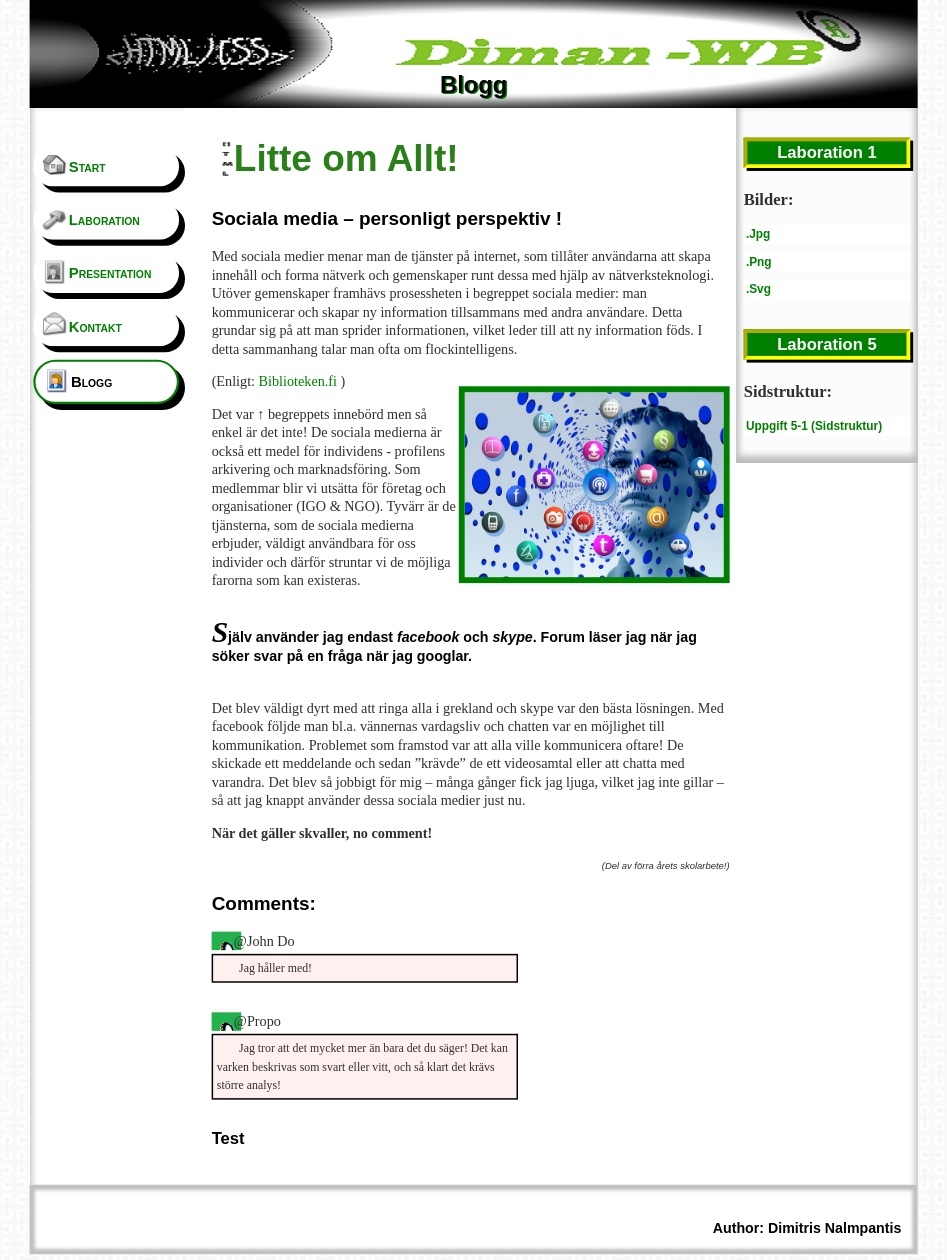
Repository: dn222em/1ik415-laborationer
Page: pages/blogg.html
The author's editor kept a record of every edit. The page is drawn from the files as they stood at one moment, then again after the next edit.
The browser window is 1280 px wide. The pictures show the whole page, at 74% of full size.
Backgrounds fixed to the window are drawn as part of the page.

Above is the page before.

### pages/blogg.html
<!doctype html>
<html lang="sv">
	<head >
			<script>
				document.createElement("header");
				document.createElement("hgroup");
				document.createElement("footer");
				document.createElement("article");
				document.createElement("main");
				document.createElement("section");
				document.createElement("nav");
				document.createElement("aside");
				document.createElement("address");
			</script>
		<meta charset="utf-8" />

			<title>KursBlogg</title>

				<link rel="stylesheet" href="../../CSS/stylenew.css"/>
				<link rel="stylesheet"media="only screen and (min-width:481px)"  href="../../CSS/style.css" />
				<link rel="stylesheet" media="only screen and (max-width:480px)" href="../../CSS/spnew.css" />
				<link rel="apple-touch-icon" sizes="144x144" href="../CSS/pics/apple-touch-icon-144x144.png" />
				<link rel="shortcut icon" href="../CSS/pics/favicon.png" type="image/png" />
					<meta name="viewport" content="width=device-width, initial-scale=1.0" />
	</head>
		<body>
	<div id="container">
		<header>

			<h1 id="title">Blogg</h1>
	</header>
	<nav>

			<ul id="menu_pictures" class="nav">
				<li><a id ="home" href="../index.html" class="active">Start</a></li>
				<li><a id ="labor" href="laborationer.html" class="active">Laboration</a></li>
				<li><a id ="present" href="Presentation.html"class="active">Presentation</a></li>
				<li><a id ="cont" href="Kontakt.html" class="active">Kontakt</a></li>
				<li><a id ="present"href="blogg.html" class="active5">Blogg</a></li>
			</ul>

	</nav>
	<main>
		<article>
			<section>
				<h2 class="minilogo">Litte om Allt!</h2>
		<h3 >Sociala media – personligt perspektiv !</h2>
			<p> Med sociala medier menar man de tjänster på internet, som tillåter användarna
			att skapa innehåll och forma nätverk och gemenskaper runt dessa med hjälp av
			nätverksteknologi. Utöver gemenskaper framhävs prosessheten i begreppet sociala
			medier: man kommunicerar och skapar ny information tillsammans med andra
			användare. Detta grundar sig på att man sprider informationen, vilket leder till
			att ny information föds. I detta sammanhang talar man
			ofta om flockintelligens.</p>

			        <p class="sociall"><!--<img src="CSS/pics/social-networks.jpg"
			        alt="sociala-medier">--></p>


			<p>(Enligt: <a href="http://www.biblioteken.fi/sv-FI/informationssokning/sociala-
			medier/" target="blank">Biblioteken.fi</a></a> )</p>

			<p>Det var ↑ begreppets innebörd men så enkel är det inte! De sociala medierna är
			också ett medel för individens - profilens arkivering och marknadsföring. Som medlemmar
			blir vi utsätta för företag och organisationer (IGO & NGO). Tyvärr är de tjänsterna,
			som de sociala medierna erbjuder, väldigt användbara
			för oss individer och därför struntar vi de möjliga farorna som kan existeras. </p>
			</section>
			<section>
		<h6><strong><code id="special"><em>S</em></code>jälv använder jag endast <em>facebook</em> och  <em>skype</em>.
			Forum läser jag när jag söker svar på en fråga när jag googlar.</strong></h6>

			<p>Det blev väldigt dyrt med att ringa alla i grekland och skype
			var den bästa lösningen. Med facebook följde man bl.a. vännernas vardagsliv
			och chatten var en möjlighet till kommunikation. Problemet som framstod
			var att alla ville kommunicera oftare! De skickade ett meddelande och
			sedan ”krävde” de ett videosamtal eller att chatta med varandra. Det
			blev så jobbigt för mig – många gånger fick jag ljuga, vilket jag inte gillar –
			så att jag knappt använder dessa sociala medier just nu. </p>

			<p><strong>När det gäller skvaller, no comment!</strong></p>

			<p id="ps"><em>(Del av förra årets skolarbete!)</em></p>

			<h3>Comments:</h3>
			<div class ="kommentar">
				<section>
					<p class="namn">@John Do</p>
					<p class="kom">Jag håller med!</p>
				</section>
				<section>
				<p class="namn">@Propo</p>
					<p class="kom">Jag tror att det mycket mer än bara det du säger! Det kan varken beskrivas som svart eller vitt, och så klart det krävs större analys!</p>
				</section>
				</div>
			<!--/section>
			<<div class="kommentar">
				<secton>
		<h4>Kommentar</h4>
			<fieldset>
					<textarea  placeholder="Din Kommentar här"
					name="kommentar" cols="50" rows="8"></textarea>
					</fieldset>
					<input class="zozo" type="submit" name="submit" id="submit" value="Skicka" />
				</section>
				<secton>
						<textarea placeholder="Din Kommentar här"
						name="kommentar" cols="50" rows="8"></textarea>
						<input class="zozo" type="submit" name="submit" id="submit" value="Skicka" />
				</section>
			</div> <!---->
		</article>
		<section>
			<h4>Test</h4>
		</section>
	</main>

	<aside>
		<section id="aside-one">
			<h4>Laboration 1</h4>
				<p>Bilder:</p>
					<ul>
						<li><a href="Presentation.html#bild">.jpg</a></li>
						<li><a href="../index.html#logo">.png</a></li>
						<li><a href="../index.html#svg1">.svg</a></li>
					</ul>
		</section>
		<section id="aside-two">
			<h4>Laboration 5</h4>
				<p>Sidstruktur:</p>
					<ul>
						<li><a href="blogg.html">Uppgift 5-1 (Sidstruktur)</a></li>
					</ul>
		</section>
	</aside>
	<footer>
	<h6>Author: Dimitris Nalmpantis</h6>
	</footer>

	</div>
		</body>
</html>

### CSS/stylenew.css
/*Reset-styleshhet
-----------------------------------------------------------------------------*/
/* http://meyerweb.com/eric/tools/css/reset/
   v2.0 | 20110126
   License: none (public domain)
*/

/*html, body, div, span, applet, object, iframe,
h1, h2, h3, h4, h5, h6, p, blockquote, pre,
a, abbr, acronym, address, big, cite, code,
del, dfn, em, img, ins, kbd, q, s, samp,
small, strike, strong, sub, sup, tt, var,
b, u, i, center,
dl, dt, dd, ol, ul, li,
fieldset, form, label, legend,
table, caption, tbody, tfoot, thead, tr, th, td,
article, aside, canvas, details, embed,
figure, figcaption, footer, header, hgroup,
menu, nav, output, ruby, section, summary,
time, mark, audio, video {
	margin: 0;
	padding: 0;
	border: 0;
	font-size: 100%;
	font: inherit;
	vertical-align: baseline;
}
/* HTML5 display-role reset for older browsers */
/*article, aside, details, figcaption, figure,
footer, header, hgroup, menu, nav, section {
	display: block;
}
body {
	line-height: 1;
}
ol, ul {
	list-style: none;
}
blockquote, q {
	quotes: none;
}
blockquote:before, blockquote:after,
q:before, q:after {
	content: '';
	content: none;
}
table {
	border-collapse: collapse;
	border-spacing: 0;
}
/*End of Reset - stylesheet
--------------------------------------------------------------------*/
/*CSS -Stylesheet
======================================================================================================
-----------------------------------------------------------------------------------------------------------*/


/*Layout
 Using: Two columns floating layout
Total width: 1200px
-----------------------------------------------------------------------------------------------------------*/
/*Container white (#FFFFF)
*Top -  green { #125F1B } --> Title( #2A8018)
*Navigation green
*Content - #FFFFF
*footer-white { #fff }
*Siderbar #fcfcfc (white.gray)

------------------------------------------------------------------*/

article, aside, details, figcaption, figure, footer, header, hgroup, main, menu,
nav, section{display: block;}

#container {
	max-width: 1200px;
	background-color:white;
	margin:0 auto;
	margin-top:-25px;
	box-shadow:3px 0px 8px  0px #bdbdbd inset;
	box-shadow:0px 0px 10px  3px #bdbdbd inset;


}

/*Top
-------------------------------------------------------------------*/
header {

	height: 150px;
	background-color: #125F1B;
	background: url('../pics/logo.png') no-repeat; background-size: 1200px 150px;
	border-radius:00px;

}

title {
	font-family: "arial", "helvetica", "serif";
	color: black;
	font-size:2em;
	text-shadow: 2px 2px green;
	text-align:center;
	padding-top: 90px;
}

/*Navigation -Menu
-------------------------------------------------------------------*/
nav {

	margin-top: 1px;
	width: 210px;
	float: left;
	background-color:#FFF;
	padding:0px;
	padding-top:50px;
	box-shadow:9px 3px 8px -6px #bdbdbd inset;
}
/*Menu attributes
------------------------------------------------------*/
nav ul{
	float:left;
	font-family: "arial", "helvetica", "serif"; font-variant:small-caps;
	font-size: 20px;
	font-weight:bold;
	margin-top:1px;
	margin-left:0px;
	padding:0px;

}

nav li {

	list-style-type:none;
	height: 72px; line-height: 48px;
	padding-top:0px;
	padding-left:5px;
	padding-right:0px;
	width: 197px;
	text-decoration:none;
}
nav li a {

						/*border: solid 3px black;*/
						/*text-align:center;*/
						/*	border: inset yellow thick;*/
	display:block;
	border-radius:58px;
    box-shadow:8px 8px black;
	background-color:white; color:green;
	background-image: url(pics/sprite.png);
	text-indent: 45px;
	background-repeat:no-repeat;
	padding:3px 3px 3px 3px;
}

nav li a:visited{ color:white; background-color:green;}

nav li a:hover{ background-color:white;color:green; border: solid 3px #DEBF40;}

nav li a:focus { background-color:black;	color:green;}

/*adding sprites on menu
----------------------------------------*/
#home { background-position: 13px -55px; background-size: 32px;} /*kom ihåg -första gäller x-led och andra y-led (uppe + och nere -) mellanrum mellan bilderna spelar roll*/
#home:hover { background-position:13px 9px;}

#labor { background-position: 13px -180px; background-size: 32px;}
#labor:hover { background-position: 13px -116px;}

#present { background-position: 13px -310px; background-size: 32px}
#present:hover { background-position: 13px -246px;}

#cont { background-position: 13px -440px; background-size: 32px;}
#cont:hover { background-position: 13px -376px;}


a.active1   {background-color:white !important;
			color:black !important;
			border: solid 3px green;
			border-radius:58px;
		    box-shadow:8px 8px black;
			background-position:13px 9px!important;
}
a.active2   {background-color:white !important;
			color:black !important;
			border: solid 3px green;
			border-radius:58px;
		    box-shadow:8px 8px black;
			background-position: 13px -116px!important;
}
a.active3   {background-color:white !important;
			color:black !important;
			border: solid 3px green;
			border-radius:58px;
		    box-shadow:8px 8px black;
			background-position: 13px -246px!important;
}
a.active4   {background-color:white !important;
			color:black !important;
			border: solid 3px green;
			border-radius:58px;
		    box-shadow:8px 8px black;
			background-position: 13px -376px!important;
}
a.active5   {background-color:white !important;
			color:black !important;
			border: solid 3px green;
			border-radius:58px;
		    box-shadow:8px 8px black;
			background-position: 13px -246px!important;
}

/*a.active1234{
			background-color:white !important;
			color:black !important;
			border: solid 3px green;
			border-radius:58px;
		    box-shadow:8px 8px black;
}

.active1   {background-position:13px 9px!important;}
.active2   {background-position: 13px -116px!important;}
.active1234 .active3   {background-position: 13px -246px!important;}
.active1234 .active4   {background-position: 13px -376px!important;}*/


/*End menu!
===========================================================================*/


/*Content
-------------------------------------------------------------------*/
main {

	background-color: #FFF;
	max-width: 700px;
	margin-bottom: 20px;
	float: left;
	padding:0px;
	padding-left:36px;

}

/*Sidebar
-------------------------------------------------------------------*/
aside {

	background-color: #fcfcfc;
	font-family: "arial", "helvetica", "sans-serif";
	border: 0px solid #c2c2c2;
	/*border-radius:7%;*/
	box-shadow:0px -6px 8px 4px #bdbdbd inset;
	margin-top: 0px;
	width: 225px;
	float: right;
	padding:10px 10px;

}

#aside-one {
	padding-top:0px;
	padding-bottom:0px;
	background-color:#fcfcfc;
}
#aside-two {
	padding-top:20px;
	padding-bottom:20px;
	text-align:center;
	padding-top:0px;
	padding-bottom:0px;
	background-color:#fcfcfc;
}
aside /*h3,*/h4 {
	background-color: green;
	color:white;
	text-align:center;
	padding-top:3px;
	padding-bottom:3px;
	box-shadow:4px 4px black;
	border: inset yellow thick;

}
aside p {
	font-size: 1.4em;
	font-weight:bold;
	text-align:left;
}
aside ul {

	font-family: "arial", "helvetica", "serif";
	text-transform:capitalize;
	margin-top:1px;
	margin-left:0px;
	padding:0px;
	text-align:left;
}
aside li {
	list-style-type:none;
	text-decoration:none;
	font-size: 1em;
	font-weight:bold;
	height: 32px; line-height: 20px;
	padding-top:0px;
	padding-bottom:5px;
	padding-left:0px;
	padding-right:0px;
	width:225px;

}
aside li a{
	display:block;
	background-color:white; color:green;
	padding:3px 3px 3px 3px;
}

aside li a:visited{background-color:white; color:green; }

aside li a:hover{ background-color:white;color:green; border: solid 3px #DEBF40;}

aside li a:focus { background-color:green;	color:white;}

aside li a:active {background-color:black; color:white; border: solid 3px #DEBF40;}



/*Footer
--------------------------------------------------------------------*/
footer {
	clear:both;
	padding:0px;
	padding-bottom:30px;
	padding-right:20px;
	background-color:#fff;
	color:white;
	text-align:right;
	height:60px;
	border: 2px solid #c2c2c2;
	/*border-radius:7%;*/
	box-shadow:0px 0px 5px 5px #bdbdbd inset;
}

/*End of layout
=====================================================================================*/


/*Typografi
---------------------------------------------------------------------------------------------------------*/
/*Links
-------------------------------*/
a:link {color:green; text-decoration:none;}
a:visited {color:#CB29D5;} /*lila*/
a:hover{color:red;}
a:focus {color:blue;}
a:active{color:#29D17;} /*light-green*/

/*Headers
------------------------------*/
													/*body {font-family :"times", "georgia", "serif", "Lucida Sans Unicode", "Lucida Grande";
														line-height: 25px; color: #312F2F; font-size: 1.1em; width:674px;} ---->onödigt.Problem*/

h1, h2, h3, h4, h5, h6 {font-family: "arial", "tahoma", "helvetica", "san serif", "verdana";
font-weight:bold; color: #2A8018; line-height: 1.8em;  font-size: 1.8em;} /*tema-green*/

h2 {line-height: 28px;  font-size: 28px;}
h3 {line-height: 26px;  color:  black; font-size: 1.6em;}
h4 {line-height: 25px;  color:  black; font-size: 1.4em;}
h5 {line-height: 25px;  color:  black; font-size: 1.3em; text-transform:uppercase;}
h6 {line-height: 25px;  color:  black; font-size: 1.2em; font-weight:none;}

/*Body
-----------------------------*/
p {font-family : "Times New Roman", "times", "georgia", "serif", "Lucida Sans Unicode", "Lucida Grande";
			line-height: 25px; color: #312F2F; font-size: 1.2em; 	} /*grey-black*/

#content ol, ul{font-family: "arial", "tahoma", "helvetica", "san serif", "verdana";
			line-height: 25px; color: #4829D1; font-size: 1em;}

#content li, dl, dt, dd  {font-family :"times", "georgia", "serif", "Lucida Sans Unicode", "Lucida Grande";
			line-height: 25px; color: #312F2F; font-size: 1em; font-weight:bold;}



/*Media
------------------------------*/
img { max-width:700px;}

video {max-width:700px;}


/*Form -  Contakt.
--------------------------------*/
.contakt_form {max-width:705px;
		padding-top:40px;
		line-height:2em;
		font-size: 1.3em;

}

.contakt_form label { text-align:right;}

.contakt_form input {background-color: #FFF0F0; font-size: 0.7em; margin-bottom:20px;}

.contakt_form option {width:80px; }

.contakt_form textarea {background-color: #FFF0F0; font-size: 0.9em; float:right; resize:vertical; }

.zozo {background-color: rgb(240, 240, 240);
	height: 40px; line-height: 40px;
	text-align:center;
	margin-top:10px;
	border-radius:10%;
	font-size:0.8em;
	box-shadow:8px 8px black;

}

/*Comment
=======================================================================*/
.kommentar textarea{
	background-color:#FFF0F0;
	margin-bottom:80px;
	box-shadow:0px 0px 8px 4px #bdbdbd inset;/*	box-shadow:3px 3px 6px 3px;*/

}
.kommentar .zozo {
	height: 30px; line-height: 20px;
	text-align:center;
	float:left;
	box-shadow:none;

}
.kommentar p {
	background-image:url("../CSS/pics/favicon.png"); /*minilogo på första titeln*/
	background-repeat: no-repeat;/* repeat, repeat-x, repeat-y */
	background-position: top left; /* right, bottom, center ... */
	background-size: 40px 50px;
	text-indent: 30px;
	font-size:1.2em;
}
.kommentar .kom {
	border:2px solid black;
	margin-top:-15px;
	padding:5px;
	font-size:1em;
	background-color:#FFF0F0;
	width:400px;
	background-image:none;
}
.kommentar section {
	margin-bottom:40px;
}
/*======================================================================*/
/*Speciall typografi- classes
-----------------------------*/
#special {font-family:"sans-serif"; font-size: 40px; font-weight:bold;}

#ps {text-align:right; font-family:"arial", "tahoma", "helvetica", "san serif", "verdana";
			font-size: 0.8em; }


/*Speciall media - classes
-----------------------------*/
.sociall {width: 350px; height: 250px;
		  background-image: url("pics/social-networks.jpg");
		  background-repeat:no-repeat;
		  background-size: 350px; float: right;
		  border:solid 8px green;
}

#bild  {width: auto; height: auto;
		float: right;
		border:solid 8px green;
		margin-right:20px;
		max-width:100%;
		max-height:auto;
}

.minilogo { background-image:url("pics/minilogob.jpg"); /*minilogo på första titeln*/
			background-repeat: no-repeat;/* repeat, repeat-x, repeat-y */
			background-position: top left; /* right, bottom, center ... */
			background-size: 40px 50px;
			text-indent: 30px;
			font-size: 50px;
			line-height:53px;
}

.ram {border-style:double; background-color: rgb(194, 187, 187);
			margin:20px; border-width:8px; padding:20px; }

	.ram h3 {border-bottom:  3px solid black; padding:5px;}

		.right{width: 250px; height: 250px;
			 	float: right;
					border:solid 2px olive;}



/*Speciall tabeller- classes
------------------------------*/

.tables {border:3px solid green; font-size:1.3em; line-height:50px; text-align:center;}

.tables, td {border:solid 2px black ; width: 600px; height:auto;}


.single{border:3px solid green;background-color: /*rgb(150, 224, 150)*/ green;color:white;}

.doubbel{ border:solid 3px green; background-color:/*rgb(240, 240, 240)*/ white;
	color: green;}




/* Print properties. sv- Skrivare
------------------------------------------------------------------------------------------------------*/

@media print{

    /*Layout
    ------------------------*/

#top {display:none;}

#navigation {display:none;}

#sidebar {display:none;}

#footer {display:none;}

#content {border:0; border-style:none; background-color:white;}

#content a:after {
    content: "("attr(href)")";} /*visar hela länken vid utskrift*/

.me {font-family: "arial", "tahoma", "helvetica", "san serif", "verdana";
        font-weight:bold; color: #2A8018; line-height: 1.5em;  font-size: 1.3em;
            float:right;}


/*End Layout
-----------------------------------------------*/


    /*Media
    -----------------------*/
video {display:none;}
img {border:0;}

/*End Media
----------------------------------------------*/



    /*Typografi
    -----------------------*/

h1, h2, h3, h4, h5, h6 {font-family: "arial", "tahoma", "helvetica", "san serif", "verdana";
        font-weight:bold; color: #2A8018; line-height: 1.5em;  font-size: 1.3em;}

p {font-family : "Times New Roman", "times", "georgia", "serif", "Lucida Sans Unicode", "Lucida Grande";
			line-height: 1.5em; color: #312F2F; font-size: 1.1em;} /*grey-black*/

#content ol, ul{font-family: "arial", "tahoma", "helvetica", "san serif", "verdana";
			line-height: 25px; color: #4829D1; font-size: 1em;}

#content li, dl, dt  {font-family :"times", "georgia", "serif", "Lucida Sans Unicode", "Lucida Grande";
			line-height: 1.5em; color: #312F2F; font-size: 1em;}

/*End Typografi
--------------------------------------------*/



	/*Speciall media - classes
    --------------------------*/
.sociall {border:none;}

#bild  {border:none;}

.ram {border-style:none; background-color: none;  }

.ram h3 {border:none;}

.right{ border:none;}


/*End speciall
---------------------------------------------*/


}    /*End Print
====================================================================================================*/




body {
	background: url(pics/connect.png) center center fixed;
	/*float:top left;
	-webkit-background-size: cover;
	-moz-background-size: contain;
	-o-background-size: cover;
	background-size: 100% 100%;
	filter: progid:DXImageTransform.Microsoft.AlphaImageLoader(src='.myBackground.jpg', sizingMethod='scale');
	-ms-filter: "progid:DXImageTransform.Microsoft.AlphaImageLoader(src='myBackground.jpg', sizingMethod='scale')";*/

	/*-moz-background-transform: scale(2);*/

}

Loaded but not shown: CSS/style.css (530 lines, source omitted); CSS/spnew.css (no copy from this time; the picture is the same without it)

After the next edit:
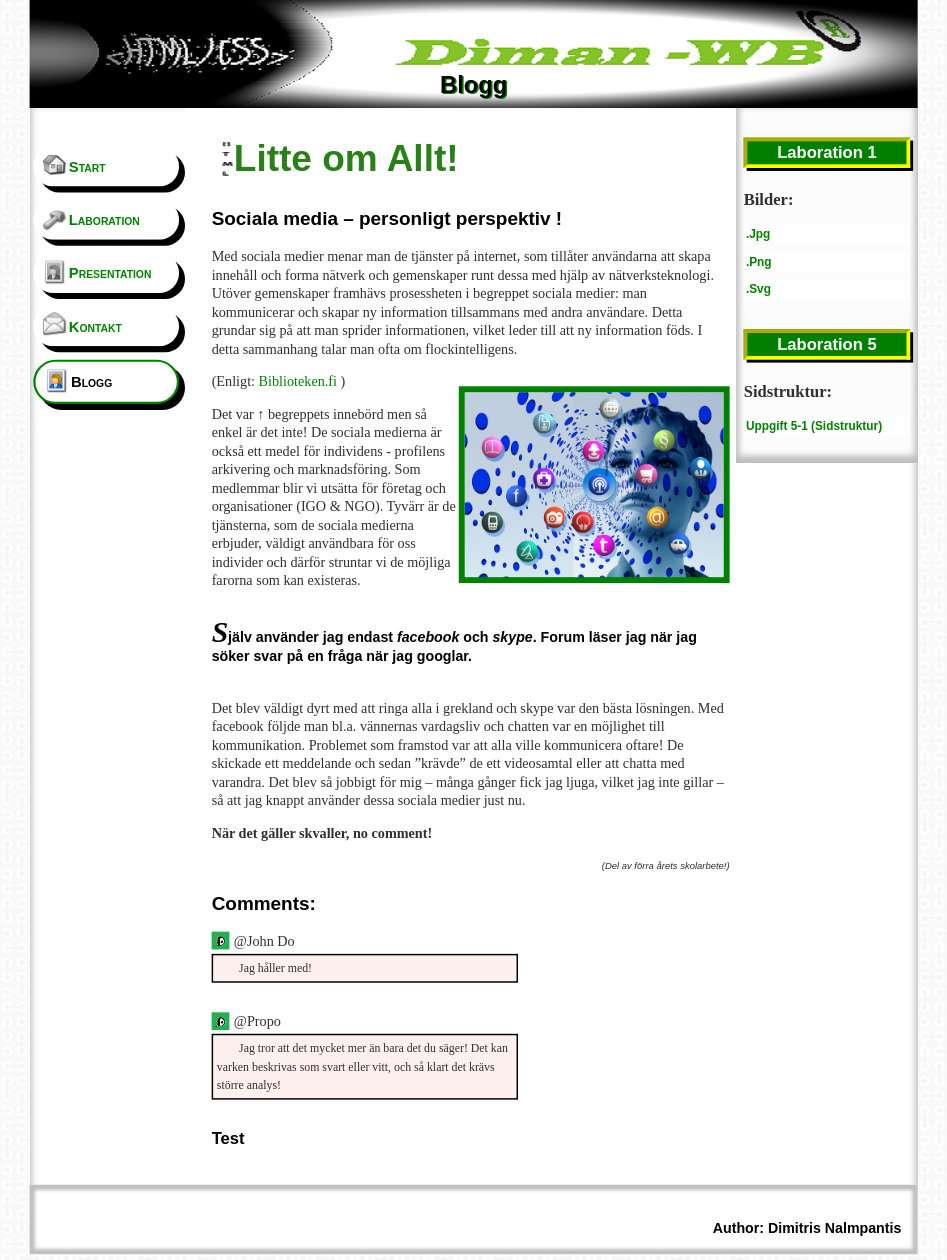
The edit:
--- a/CSS/stylenew.css
+++ b/CSS/stylenew.css
@@ -432,7 +432,7 @@
 	background-image:url("../CSS/pics/favicon.png"); /*minilogo på första titeln*/
 	background-repeat: no-repeat;/* repeat, repeat-x, repeat-y */
 	background-position: top left; /* right, bottom, center ... */
-	background-size: 40px 50px;
+	background-size: 24px 24px;
 	text-indent: 30px;
 	font-size:1.2em;
 }
